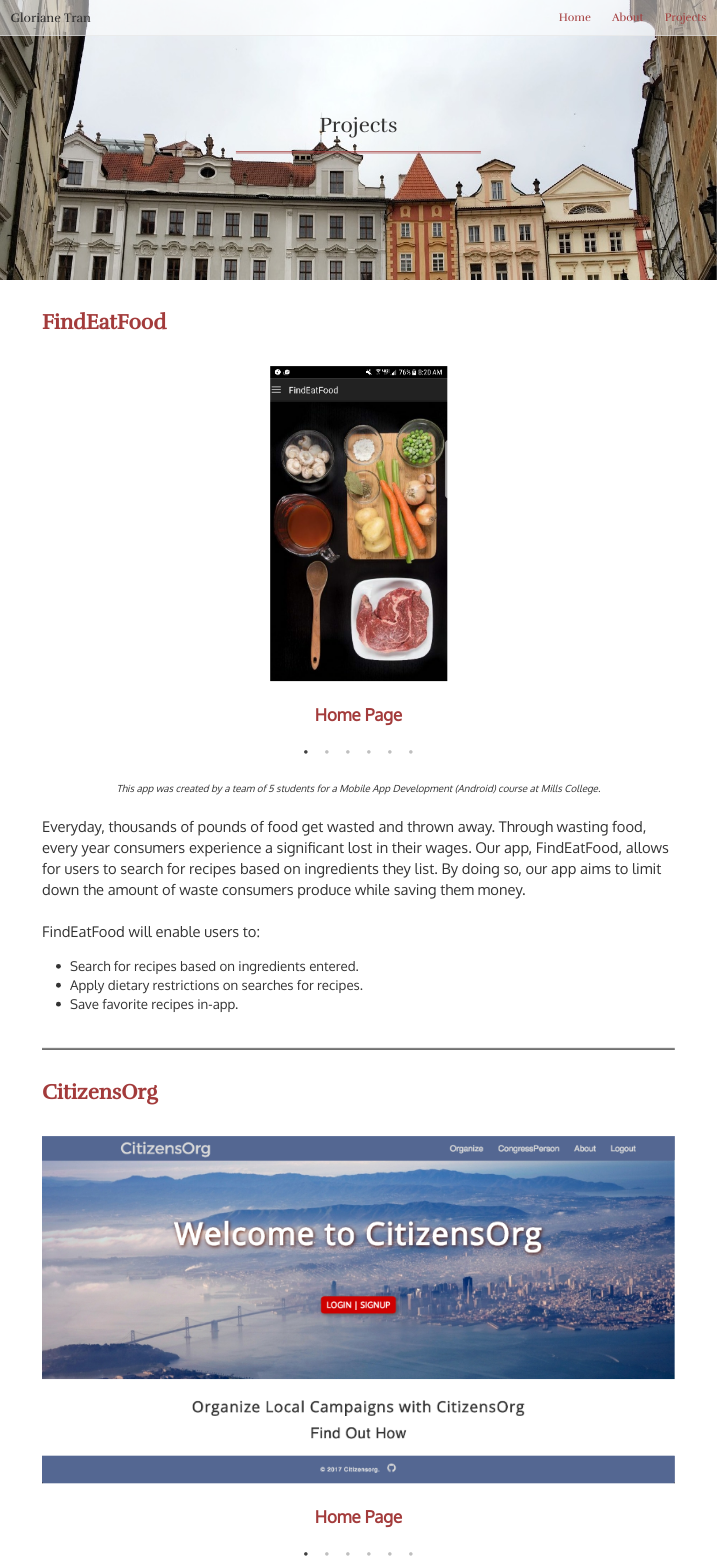
Repository: glorianetran/gloriane-web
Page: http://localhost/projects
The author's editor kept a record of every edit. The page is drawn from the files as they stood at one moment, then again after the next edit.
The browser window is 1024 px wide. The pictures show the part of the page from y = 0 to 2240 px (the page is 3931 px tall), at 70% of full size.
Some web libraries are served in a nearby version. The page is served by the project's Node server (app.js). Other server files are loaded and not shown.

Above is the page before.

### app_server/views/projects.ejs
<!DOCTYPE html>
<html lang="en">
    <head>

        <% include partials/head.ejs %>

        <link href="/stylesheets/project.css" rel="stylesheet" type="text/css">

        <!--CSS for Slick-->
        <link href="/stylesheets/slick/slick.css" rel="stylesheet" type="text/css">
        <link href="/stylesheets/slick/slick-theme.css" rel="stylesheet" type="text/css">

        <!--Javascript for Slick-->
        <script type="text/javascript" src="/javascript/slick.min.js"></script>

        <!--Slick Slider JQuery-->
        <script>
            $(document).ready(function(){
                $('.slider').slick({
                  dots: true,
                  arrows: true
                });


                $('.slider2').slick({
                  dots: true,
                  arrows: true,
                });
            });
        </script>
	</head>

    <body>
        <% include partials/nav%>

        <div class="jumbotron">
            <h2 class="text-center rufina">Projects</h2>
            <strong><hr class="style"></strong>
        </div>

        <div class="container">
            <div class="margin">

                <!--FindEatFood-->
                <div class="container">
                    <a href="https://github.com/ruellia/FindEatFood" target="_blank" class="projects-header rufina">FindEatFood</a>
                    <br>
                    <br>
                    <br>
                    <div class="slider">
                        <div>
                            <img class="image-center" src="/images/findeatfood/home.png">
                            <h3 class="slide_caption text-center oxygen">Home Page</h3>
                        </div>

                        <div>
                            <img class="image-center" src="/images/findeatfood/recipesearch.png">
                            <h3 class="slide_caption text-center oxygen">Recipe Search Page</h3>
                        </div>

                        <div>
                            <img class="image-center" src="/images/findeatfood/dietary.png">
                            <h3 class="slide_caption text-center oxygen">Dietary Restrictions Page</h3>
                        </div>

                        <div>
                            <img class="image-center" src="/images/findeatfood/recipeslist.png">
                            <h3 class="slide_caption text-center oxygen">Recipe Search Results</h3>
                        </div>

                        <div>
                            <img class="image-center"  src="/images/findeatfood/reciperesult.png">
                            <h3 class="slide_caption text-center oxygen">Recipe Detail Page</h3>
                        </div>

                        <div>
                            <img class="image-center"  src="/images/findeatfood/favorites.png">
                            <h3 class="slide_caption text-center oxygen">Favorites Page</h3>
                        </div>
                     </div><!--end .slider-->

                    <br>
                    <div class="text-center"><h5><i class="oxygen">This app was created by a team of 5 students for
                    a Mobile App Development (Android) course at Mills College. </i></h5></div>
                    <br>
                    <div class="projects-text oxygen">
                    Everyday, thousands of pounds of food get wasted and thrown away.
                    Through wasting food, every year consumers experience a significant lost in their wages.
                    Our app, FindEatFood, allows for users to search for recipes based on ingredients they list.
                    By doing so, our app aims to limit down the amount of waste consumers produce while saving them money.
                    <br><br>
                    FindEatFood will enable users to:
                    </div>
                    <br>
                    <div class="projects-text-small oxygen">
                        <ul>
                            <li>Search for recipes based on ingredients entered.</li>
                            <li>Apply dietary restrictions on searches for recipes.</li>
                            <li>Save favorite recipes in-app.</li>
                        </ul>
                    </div>
                </div><!--end inner .container-->

                <br>
                <hr class="style-2">
                <br>

                <!--CitizensOrg-->
                <div class="container">
                    <a href="https://github.com/glorianetran/citizensorg" target="_blank" class="projects-header rufina">CitizensOrg</a>
                    <br>
                    <br>
                    <br>
                    <div class="slider2">
                        <div>
                            <img class="image-center-2" src="/images/citizensorg/home_copy.png">
                            <h3 class="slide_caption text-center oxygen">Home Page</h3>
                        </div>

                        <div>
                            <img class="image-center-2" src="/images/citizensorg/login.png">
                            <h3 class="slide_caption text-center oxygen">Signup/Login Page</h3>
                        </div>

                        <div>
                            <img class="image-center-2" src="/images/citizensorg/dashboard.png">
                            <h3 class="slide_caption text-center oxygen">Dashboard</h3>
                        </div>

                        <div>
                            <img class="image-center-2" src="/images/citizensorg/upcomingActions.png">
                            <h3 class="slide_caption text-center oxygen">Upcoming Actions Page</h3>
                        </div>

                        <div>
                            <img class="image-center-2" src="/images/citizensorg/findCongress.png">
                            <h3 class="slide_caption text-center oxygen">Congressperson Search Page</h3>
                        </div>

                        <div>
                            <img class="image-center-2" src="/images/citizensorg/congress_results.png">
                            <h3 class="slide_caption text-center oxygen">Congressperson Results Page</h3>
                        </div>
                    </div><!--end .slider-->

                    <br>
                    <div class="text-center"><h5><i class="oxygen">This app was created by a team of 4 students for
                    a Web Development (MEAN) course at Mills College. You can view the site
                    <a href="http://citizensorg.herokuapp.com/" target="_blank">here.</a></i></h5></div>
                    <br>
                    <div class="projects-text oxygen">
                    As a group of concerned citizens, we recognized the need to have a central place
                    where concerned individuals can find information to stay politically informed and active.
                    Our app, CitizensOrg, allows for users to serach for their local congressperson by zipcode and
                    organize events through their dashboard.
                    <br><br>
                    CitizensOrg will enable users to:
                    </div>
                    <br>
                    <div class="projects-text-small oxygen">
                        <ul>
                            <li>Search for their congressperson by zipcode.</li>
                            <li>View their congressperson's contact information.</li>
                            <li>Post actions.</li>
                            <li>View upcoming actions.</li>
                        </ul>
                    </div>
                </div><!--end inner .container-->

                <br>
                <hr class="style-2">
                <br>

                <!--Wake Up-->
                <div class="container">
                    <a href="https://github.com/memobelt/WakeUp" target="_blank" class="projects-header rufina">WakeUp</a>
                    <br>
                    <br>
                    <br>
                    <div class="slider">
                        <div>
                            <img class="image-center" src="/images/wakeup/alarm.png">
                            <h3 class="slide_caption text-center oxygen">Set Alarm</h3>
                        </div>

                        <div>
                            <img class="image-center" src="/images/wakeup/alarm_list.png">
                            <h3 class="slide_caption text-center oxygen">Alarm List</h3>
                        </div>

                        <div>
                            <img class="image-center" src="/images/wakeup/equation.png">
                            <h3 class="slide_caption text-center oxygen">Alarm Equation</h3>
                        </div>

                        <div>
                            <img class="image-center" src="/images/wakeup/stopwatch.png">
                            <h3 class="slide_caption text-center oxygen">Stopwatch</h3>
                        </div>

                        <div>
                            <img class="image-center" src="/images/wakeup/timer.png">
                            <h3 class="slide_caption text-center oxygen">Timer</h3>
                        </div>
                    </div><!--end .slider-->

                    <br>
                    <div class="text-center"><h5><i class="oxygen">This app was created by a team of 2 students for
                    a Mobile App Development (Android) course at Aquincum Institute of Technology (AIT) in Budapest.</i></h5></div>
                    <br>
                    <div class="projects-text oxygen">
                    Most people will set an alarm everyday but still wake up late. This is
                    partially because of the snooze option. WakeUp is alarm app that
                    turns off ONLY if you solve an equation. Our app also includes a timer and stopwatch,
                    similar to Android's native alarm app.
                    <br><br>
                    WakeUp will enable users to:
                    </div>
                    <br>
                    <div class="projects-text-small oxygen">
                        <ul>
                            <li>Set an alarm.</li>
                            <li>Set the alarm equation difficulty on a scale of 0 to 3.</li>
                            <li>Change alarm notification sounds.</li>
                            <li>Use a stopwatch with lap capabilities.</li>
                            <li>Set a timer.</li>
                        </ul>
                    </div>
                </div><!--end inner .container-->

            </div><!--end .margin -->
        </div><!--end outer .container-->
	</body>

	<% include partials/footer%>

</html>

### app_server/views/partials/head.ejs
<meta charset="utf-8">
<meta http-equiv="X-UA-Compatible" content="IE=edge">
<meta name="viewport" content="width=device-width, initial-scale=1">
<meta name="description" content="Gloriane Tran's personal website with information about her academic work and projects.">
<meta name="author" content="Gloriane Tran">

<!--jQuery-->
<script src="https://ajax.googleapis.com/ajax/libs/jquery/3.2.0/jquery.min.js"></script>

<!--Bootstrap Themes-->
<link rel="stylesheet" href="https://maxcdn.bootstrapcdn.com/bootstrap/3.3.7/css/bootstrap.min.css">
<script src="https://maxcdn.bootstrapcdn.com/bootstrap/3.3.7/js/bootstrap.min.js"></script>

<!--Icons-->
<link href="https://maxcdn.bootstrapcdn.com/font-awesome/4.7.0/css/font-awesome.min.css" rel="stylesheet">

<!--Stylesheets-->
<link href="/stylesheets/footer.css" rel="stylesheet">
<link href="/stylesheets/font.css" rel="stylesheet">
<link href="/stylesheets/nav.css" rel="stylesheet">

<!--Fonts-->
<link href="https://fonts.googleapis.com/css?family=Oxygen|Rufina" rel="stylesheet">

<!--Page Title -->
<title>Gloriane Tran | <%= title %></title>

### app_server/views/partials/nav.ejs
<nav class="navbar navbar-default navbar-fixed-top">
    <div class="container-fluid">
        <div class="navbar-header">
                <button type="button" class="navbar-toggle collapsed" data-toggle="collapse" data-target="#navbar" aria-expanded="false" aria-controls="navbar">
                <span class="icon-bar"></span>
                <span class="icon-bar"></span>
                <span class="icon-bar"></span>
            </button>
            <a class="navbar-brand rufina" href="/">Gloriane Tran</a>
        </div>

        <div class="navbar-collapse collapse" id="navbar">
            <ul class="nav navbar-nav navbar-right rufina">
                <li><a href="/">Home</a></li>
                <li><a href="/about">About</a></li>
                <li><a href="/projects">Projects</a></a></li>
            </ul>
        </div>
    </div>
</nav>

### app_server/views/partials/footer.ejs
<footer>
    <hr>
    <div class="container">
        <div class="text-center">
            <a href="https://www.linkedin.com/in/gloriane-tran-ab8592a7/" target="_blank"><i class="fa fa-linkedin-square fa-3x social"></i></a>
            <a href="https://github.com/glorianetran" target="_blank"><i class="fa fa-github-square fa-3x social"></i></a>
            <a href="mailto:glorianetran@gmail.com"><span class="glyphicon glyphicon-envelope"></span></a>
            <br>
            <br>
            <p class="rufina">Copyright © Gloriane Tran 2017</p>
        </div>
    </div>
</footer>

### app.js
var express = require('express');
var path = require('path');
var favicon = require('serve-favicon');
var logger = require('morgan');
var cookieParser = require('cookie-parser');
var bodyParser = require('body-parser');

var index = require('./app_server/routes/index');
var users = require('./app_server/routes/users');

var app = express();

// view engine setup
app.set('views', path.join(__dirname,'app_server', 'views'));
app.set('view engine', 'ejs');

// uncomment after placing your favicon in /public
//app.use(favicon(path.join(__dirname, 'public', 'favicon.ico')));
app.use(logger('dev'));
app.use(bodyParser.json());
app.use(bodyParser.urlencoded({ extended: false }));
app.use(cookieParser());
app.use(express.static(path.join(__dirname, 'public')));

app.use('/', index);
app.use('/users', users);

// catch 404 and forward to error handler
app.use(function(req, res, next) {
  var err = new Error('Not Found');
  err.status = 404;
  next(err);
});

// error handler
app.use(function(err, req, res, next) {
  // set locals, only providing error in development
  res.locals.message = err.message;
  res.locals.error = req.app.get('env') === 'development' ? err : {};

  // render the error page
  res.status(err.status || 500);
  res.render('error');
});

module.exports = app;

### app_server/controllers/main.js
/* GET home page */
module.exports.index = function(req, res) {
    res.render('index', {
        title: 'Home'
    });
};

/* GET about page. */
module.exports.about = function(req, res) {
    res.render('about', {
        title: 'About'
    });
};

/* GET projects page. */
module.exports.projects = function(req, res) {
    res.render('projects', {
        title: 'Projects'
    });
};

### public/stylesheets/footer.css
footer {
    width: 100%;
    height: 100px;
}


/*Social Media Links*/

.fa-3x {
    font-size: 3em;
    color: #A33B3B;
    margin: auto 5px;
}

.fa-3x:hover {
    color: #333333;
}


/*Link color*/

a {
    color: #A33B3B;
}

a:hover {
    color: #333333;
}

a:focus {
    color: #A33B3B;
}


/*Email Icon*/

span.glyphicon-envelope {
    font-size: 2.5em;
    margin: auto 5px;
}

.glyphicon {
    top: 3px;
}

### public/stylesheets/font.css
.rufina{
    font-family: 'Rufina', serif;
}

.oxygen{
    font-family: 'Oxygen', sans-serif;
}

### public/stylesheets/nav.css
.navbar-default .navbar-brand {
    color: #A33B3B;
    font-size: 18px;
}

.navbar-default .navbar-brand:hover,
.navbar-default .navbar-brand:focus {
    color: #2C2B2B;
}

.navbar-default .navbar-nav>li>a {
    color: #A33B3B;
    font-size: 16px;
}

.navbar-default {
    background-color: RGBA(255, 255, 255, .5);
    border-color: #E7E7E7;
}

.icon-bar {
    background-color: #A33B3B !important;
}

### public/stylesheets/project.css
hr.style {
    border-top: 3px double #000000;
    width: 350px;
    border-color: #A33B3B;
}

hr.style-2 {
    border-top: 3px double #000000;
    width: 100%;
    border-color: #333333;
    text-align: left;
}

.button {
    border-radius: 0px;
    color: #333333;
    font-size: 15px;
    font-weight: 500;
    background: RGBA(255, 255, 255, .2);
    padding: 10px 20px 10px 20px;
    border: solid #333333 2px;
    outline: none !important;
}

.button:hover {
    background: #A33B3B;
    text-decoration: none;
    color: #333333;
}

.jumbotron {
    margin-bottom: 0px;
    padding: 9% 0;
    width: 100%;
    background-image: url("/images/projects.jpg");
    background-size: 100% 100%;
    background-position: 0 0;
    height: 400px;
}

.container {
    width: 100%;
    padding: 0px;
}

.margin {
    margin: 90px 200px;
}

.projects-text {
    font-size: 21px;
}

.projects-text-small {
    font-size: 19px;
}

.projects-header {
    font-weight: bold;
    font-size: 30px;
}


/*slider*/

.slick-prev:before,
.slick-next:before {
    font-family: "Glyphicons Halflings", "slick", sans-serif;
    font-size: 40px;
}

.slick-prev:before {
    content: "\e257";
    color: #333;
}

.slick-next:before {
    content: "\e258";
    color: #333;
}

.slick-prev:after {
    content: "\e257";
    color: #333;
}

.slick-next:after {
    content: "\e258";
    color: #333;
}

.image-center {
    margin: auto;
}

.image-center-2 {
    margin: auto;
    width: 100%;
}

.slide_caption {
    font-weight: bold;
    color: #A33B3B;
    /*background: RGBA(170, 18, 18, .8);*/
    padding: 15px;
}

.slick-dots li button:before {
    font-size: 20px;
    line-height: 20px;
    color: #333333;
}

.slick-dots li button:after {
    font-size: 20px;
    line-height: 20px;
    color: #A33B3B;
}

.slick-dots li.slick-active button:before {
    color: #A33B3B;
}

.slider {
    margin: 0;
}

.slider .slide {
    width: 100%;
    height: 100%;
}


/*Responsive*/

@media (max-width: 1260px) {
    html,
    body {
        width: auto !important;
        overflow-x: hidden !important;
    }
    .slick-prev:before,
    .slick-next:before {
        font-size: 25px;
    }
    .margin {
        margin: 40px 60px;
    }
    .jumbotron {
        padding: 14% 0;
    }
    .button {
        background: #A33B3B;
    }
    .button:hover {
        background: #333333;
        color: #A33B3B;
    }
}

@media (max-width: 970px) {
    html,
    body {
        width: auto !important;
        overflow-x: hidden !important;
    }
    .slick-prev:before,
    .slick-next:before {
        font-size: 0px;
    }
    .margin {
        margin: 30px 30px;
    }
    .jumbotron {
        padding: 18% 0px;
        width: 100%;
    }
    .button {
        background: #A33B3B;
    }
    .button:hover {
        background: #333333;
        color: #A33B3B;
    }
}

@media (max-width: 480px) {
    html,
    body {
        width: auto !important;
        overflow-x: hidden !important;
    }
    .slick-prev:before,
    .slick-next:before {
        font-size: 0px;
    }
    hr.style {
        width: 300px;
    }
    .margin {
        margin: 30px 30px;
    }
    .jumbotron {
        padding: 26% 0;
    }
    .button {
        background: #A33B3B;
    }
    .button:hover {
        background: #333333;
        color: #A33B3B;
    }
}

Loaded but not shown: public/stylesheets/slick/slick.css (common file); public/stylesheets/slick/slick-theme.css (library); public/javascript/slick.min.js (library)

After the next edit:
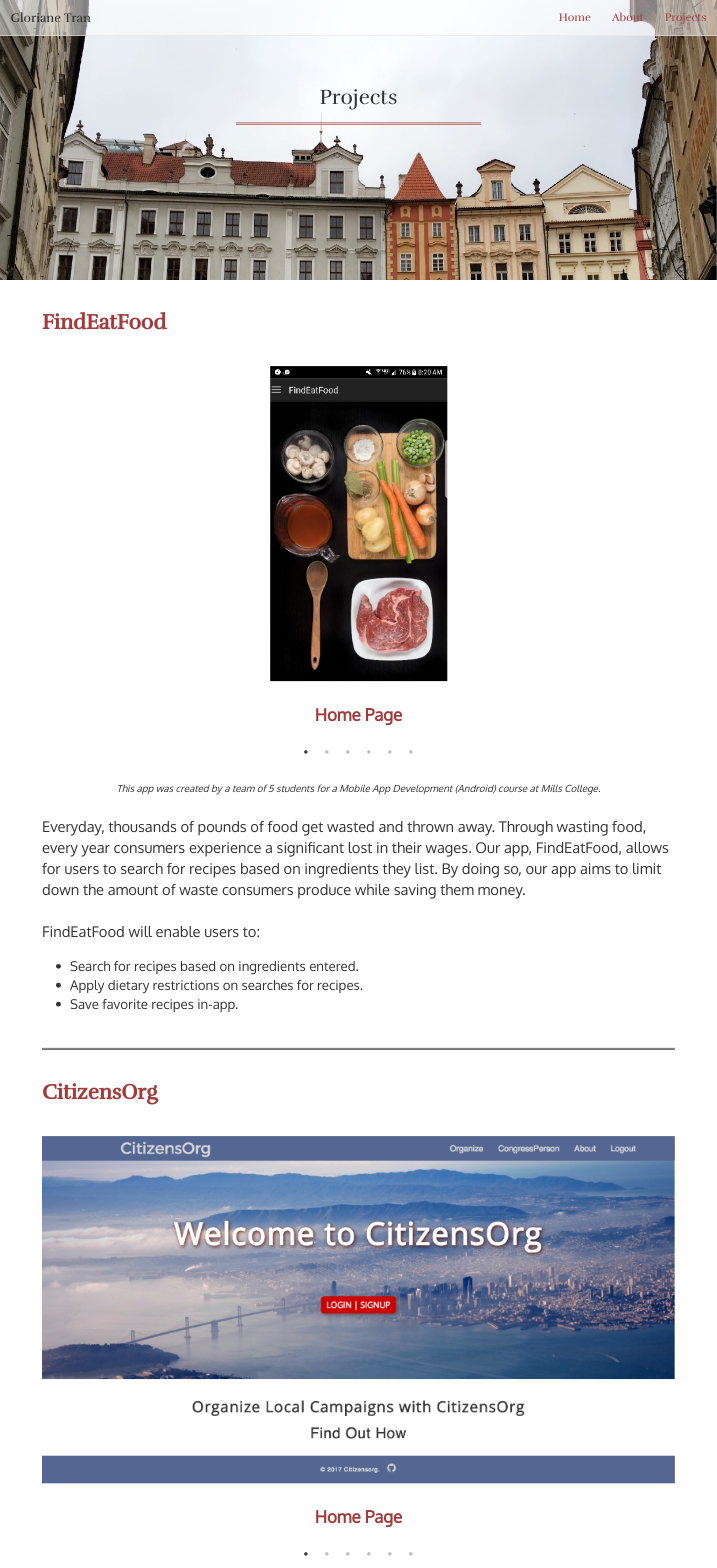
The edit:
--- a/public/stylesheets/project.css
+++ b/public/stylesheets/project.css
@@ -147,7 +147,7 @@
         margin: 40px 60px;
     }
     .jumbotron {
-        padding: 14% 0;
+        padding: 10% 0;
     }
     .button {
         background: #A33B3B;
